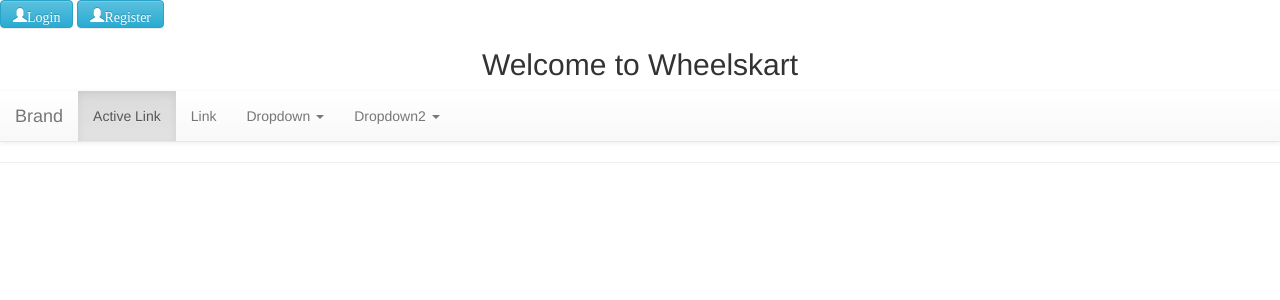
Repository: mrahulbisht/Wheelskart-Project
Page: http://localhost/WheelskartFrontEnd/Home.jsp
An editor plug-in stored every save of this project. The page is shown before and after the next save, followed by the edit.
The browser window is 1280 px wide. The pictures show the whole page.
Some web libraries are served in a nearby version. The page is served by Tomcat 9.

Above is the page before, as saved 2017-04-22 07:49:46.

After the next save:
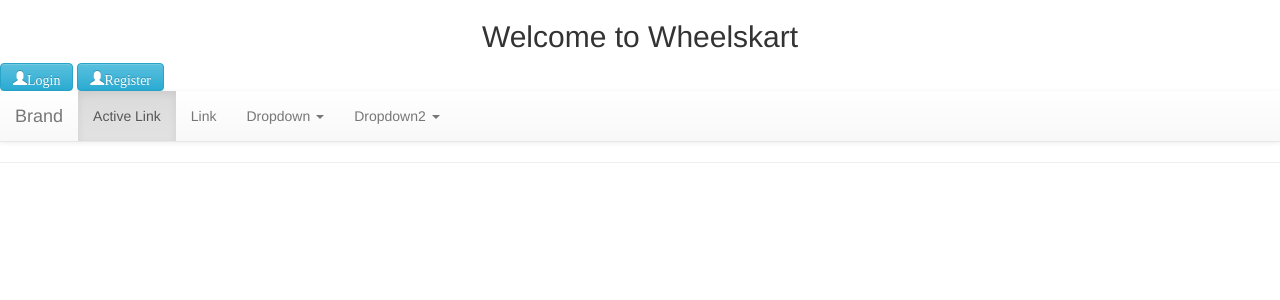
Saved 39 s later.
--- a/project/WheelskartFrontEnd/src/main/webapp/Home.jsp
+++ b/project/WheelskartFrontEnd/src/main/webapp/Home.jsp
@@ -10,16 +10,16 @@
 <title>Insert title here</title>
 </head>
 <body>
+
+<center>
+		<h2>Welcome to Wheelskart</h2>
+</center>
 <a href="LoginPage">    <button type="button" class="btn btn-info"><span class="glyphicon glyphicon-user">Login</span></button></a>
 
 
-	<tex-align=left><a href="RegistrationPage"> <button type="button" class="btn btn-info"><span class="glyphicon glyphicon-user">Register</span></button></a>
+	<tex-align=right><a href="RegistrationPage"> <button type="button" class="btn btn-info"><span class="glyphicon glyphicon-user">Register</span></button></a>
 
 	<br>
-<center>
-		<h2>Welcome to Wheelskart</h2>
-</center>
-
 
 <%@include file="WEB-INF/views/CommonHeader.jsp" %>
 
